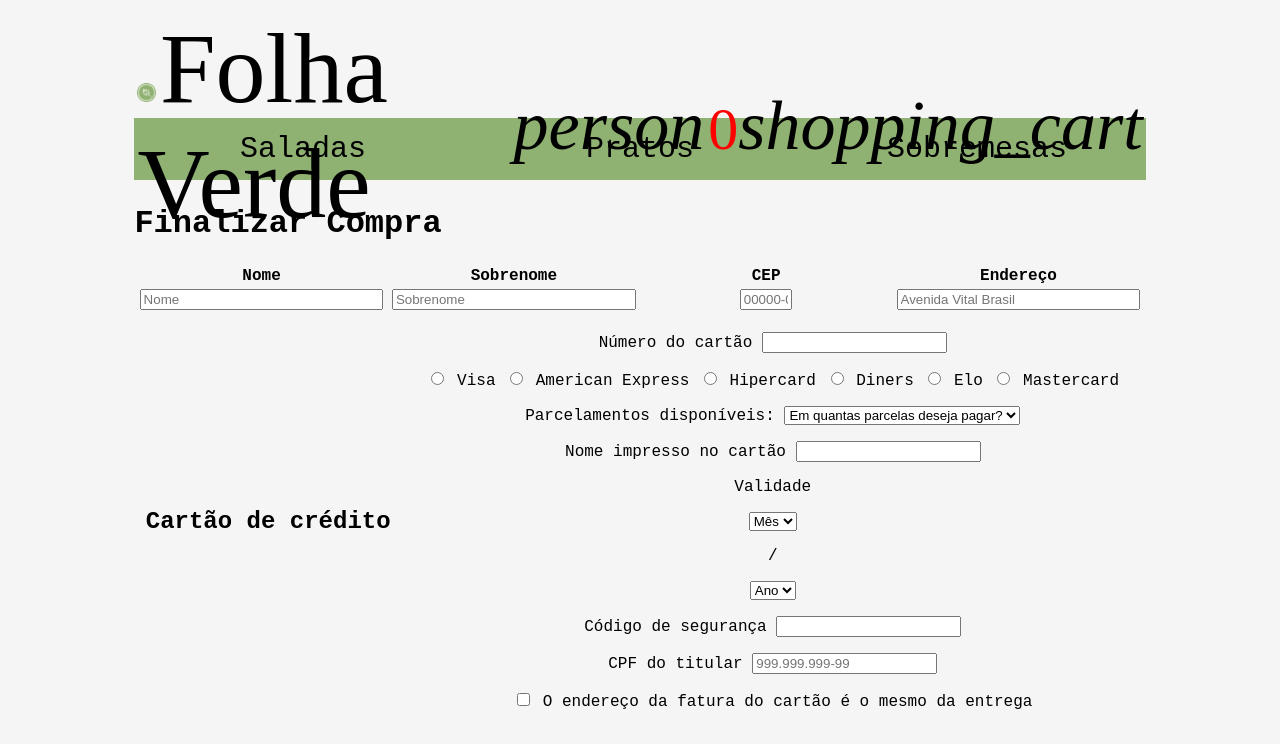
Repository: maaelphd/FolhaVerde
Page: http://localhost/FolhaVerde/Payment.jsp
These files come from the project's save history. The page is drawn as it stood at one moment and after the next save; the edit follows.
The browser window is 1280 px wide. The pictures show the whole page.
Some web fonts or font styles are not loaded; a fallback is used. The page is served by Tomcat 9. Other server files are loaded and not shown.

Above is the page before, as saved 2018-06-04 02:19:09.

### FolhaVerde/WebContent/Payment.jsp
<%@ page language="java" contentType="text/html; charset=UTF-8"
	pageEncoding="UTF-8"%>
<%@ taglib uri="http://java.sun.com/jsp/jstl/core" prefix="c"%>
<!DOCTYPE html>
<html>
<head>
	<meta charset="UTF-8">
	<title>Restaurante Folha Verde - Pagamento</title>

	<link rel="stylesheet" href="${pageContext.request.contextPath}/CSS/Payment.css"/>
</head>
<body>
	<div id="wrapper">
		<c:import url="NavBar.jsp"></c:import>

		<div id="divPageContent">

			<div class="PaymentHeaderContent">
				<h1 class="PaymentText">Finalizar Compra</h1>
			</div>

			<div class="divPaymentDataTable">
				<table class="w3-table PaymentsDataTable">
					<tr>
						<th>
							Nome
						</th>
						<th>
							Sobrenome
						</th>
						<th>
							CEP
						</th>
						<th>
							Endereço
						</th>
					</tr>
					<tr>
						<td class="tdInpUserName">
							<input type="text" id="inpUserName" placeholder="Nome" name="data[userName]">
						</td>
						<td class="tdInpUserLastName">
							<input type="text" id="inpUserLastName" placeholder="Sobrenome" name="data[userLastName]">
						</td>
						<td class="tdInpUserCEPCode">
							<input type="text" min="" id="inpUserCEPCode" placeholder="00000-000" name="data[userCEPCode]">
						</td>
						<td class="tdInpUserAdress">
							<input type="text" min="" id="inpUserAdress" placeholder="Avenida Vital Brasil" name="data[userAdress]">
						</td>
					</tr>
				</table>
			</div>

			<div class="divPaymentChoiceTable">
				<table class="w3-table PaymentsChoiceTable">
					<tr>
						<td>
							<h2>Cartão de crédito</h2>
						</td>
						<td>
							<div class="CardForm">
								<div>
									<p class="PaymentCardNumber input text required">
										<label class="FormFieldLabel " for="creditCardpayment-card-0Number">Número do cartão</label>
										<input type="tel" id="creditCardpayment-card-0Number" class="input-medium  error" name="cardNumber" maxlength="30" value="">
									</p>
									<div class="PaymentCardFlags clearfix form-inline">
										<p class="card-flags active">
											<label class="radio card-flag-label" for="creditCardselectedCard0cc-0" title="Visa">
												<input type="radio" class="card-flag-radio" id="creditCardselectedCard0cc-0" name="creditCardselectedCardFlag-0" tabindex="-1" value="2">
												<span class="card-flag Visa ">Visa</span>
											</label>
											<label class="radio card-flag-label" for="creditCardselectedCard1cc-0" title="American Express">
												<input type="radio" class="card-flag-radio" id="creditCardselectedCard1cc-0" name="creditCardselectedCardFlag-0" tabindex="-1" value="1">
												<span class="card-flag American Express ">American Express</span>
											</label>
											<label class="radio card-flag-label" for="creditCardselectedCard2cc-0" title="Hipercard">
												<input type="radio" class="card-flag-radio" id="creditCardselectedCard2cc-0" name="creditCardselectedCardFlag-0" tabindex="-1" value="8">
												<span class="card-flag Hipercard ">Hipercard</span>
											</label>
											<label class="radio card-flag-label" for="creditCardselectedCard3cc-0" title="Diners">
												<input type="radio" class="card-flag-radio" id="creditCardselectedCard3cc-0" name="creditCardselectedCardFlag-0" tabindex="-1" value="3">
												<span class="card-flag Diners card-selected">Diners</span>
											</label>
											<label class="radio card-flag-label" for="creditCardselectedCard4cc-0" title="Elo">
												<input type="radio" class="card-flag-radio" id="creditCardselectedCard4cc-0" name="creditCardselectedCardFlag-0" tabindex="-1" value="9">
												<span class="card-flag Elo ">Elo</span>
											</label>
											<label class="radio card-flag-label" for="creditCardselectedCard5cc-0" title="Mastercard">
												<input type="radio" class="card-flag-radio" id="creditCardselectedCard5cc-0" name="creditCardselectedCardFlag-0" tabindex="-1" value="4">
												<span class="card-flag Mastercard ">Mastercard</span>
											</label>
										</p>
									</div>
								</div>
								<div class="PaymentInstallments ">
									<p class="select required">
										<label class="FormFieldLabel hide" for="creditCardpayment-card-0Brand">Parcelamentos disponíveis:</label>
										<select class="input-xlarge " id="creditCardpayment-card-0Brand">
											<option value="">Em quantas parcelas deseja pagar?</option>
											<option value="1">Pagamento à vista - R$ 63,40</option>
											<option value="2">2x de R$ 31,70 sem juros</option>
											<optgroup label=""></optgroup>
										</select>
									</p>
								</div>
								<div>
									<p class="PaymentCardHolderName">
										<label class="FormFieldLabel " for="creditCardpayment-card-0Name">Nome impresso no cartão</label>
										<input type="text" class="input-medium  " id="creditCardpayment-card-0Name" name="ccName" value="">
									</p>
									<div class="PaymentCardDueDate clearfix">
										<label class="FormFieldLabel pull-left" for="creditCardpayment-card-0Month">Validade</label>
										<p class="payment-card-due-month input text required">
											<select class="input-mini " id="creditCardpayment-card-0Month" name="cardExpirationMonth">
												<option value="">Mês</option>
												<option value="01">01</option>
												<option value="02">02</option>
												<option value="03">03</option>
												<option value="04">04</option>
												<option value="05">05</option>
												<option value="06">06</option>
												<option value="07">07</option>
												<option value="08">08</option>
												<option value="09">09</option>
												<option value="10">10</option>
												<option value="11">11</option>
												<option value="12">12</option>
											</select>
										</p>
										<p class="payment-card-lash">/</p>
										<p class="payment-card-due-year input text required">
											<select class="input-mini " id="creditCardpayment-card-0Year" name="cardExpirationYear">
												<option value="">Ano</option>
												<option value="18">18</option>
												<option value="19">19</option>
												<option value="20">20</option>
												<option value="21">21</option>
												<option value="22">22</option>
												<option value="23">23</option>
												<option value="24">24</option>
												<option value="25">25</option>
												<option value="26">26</option>
												<option value="27">27</option>
												<option value="28">28</option>
												<option value="29">29</option>
												<option value="30">30</option>
												<option value="31">31</option>
												<option value="32">32</option>
												<option value="33">33</option>
												<option value="34">34</option>
												<option value="35">35</option>
												<option value="36">36</option>
												<option value="37">37</option>
												<option value="38">38</option>
												<option value="39">39</option>
												<option value="40">40</option>
											</select>
										</p>
									</div>
								</div>
								<p class="PaymentCardCVV input text required">
									<label class="FormFieldLabel " for="creditCardpayment-card-0Code">Código de segurança</label>
									<input type="tel" id="creditCardpayment-card-0Code" class="input-mini   " maxlength="3" value="">
								</p>
								<p class="PaymentCardHolderDocument input text required mask">
									<label class="FormFieldLabel " for="holder-document-0">CPF do titular</label>
									<input type="tel" id="holder-document-0" class="input-small  " value="" placeholder="999.999.999-99">
								</p>
								<div class="BillingAddress BillingAddress-BRA clearfix">
									<p class="AddressToggle">
										<input type="checkbox" id="address-toggle-0" value="on">
										<label for="address-toggle-0">O endereço da fatura do cartão é o mesmo da entrega</label>
									</p>
								</div>
							</div>
						</td>
					</tr>
				</table>
			</div>
		</div>

	</div>
</body>
<footer></footer>
<script>
</script>
</html>

### FolhaVerde/WebContent/NavBar.jsp
<%@ page language="java" contentType="text/html; charset=UTF-8"	pageEncoding="UTF-8"%>
<%@ taglib uri="http://java.sun.com/jsp/jstl/core" prefix="c"%>
<!DOCTYPE html>
	 <meta charset="UTF-8">

 	<link href="https://fonts.googleapis.com/icon?family=Material+Icons" rel="stylesheet">
	<link rel="stylesheet" href="${pageContext.request.contextPath}/CSS/Pages.css"/>
	<link rel="stylesheet" href="${pageContext.request.contextPath}/CSS/NavBar.css"/>
	<link rel="stylesheet" href="${pageContext.request.contextPath}/CSS/RobotoFonts.css" type="text/css">
	<link rel="stylesheet" href="${pageContext.request.contextPath}/CSS/IndieFlower.css" type="text/css">

	<div class="LogoHeader">
		<table class="w3-table TopBarTable">
			<tr>
				<td>
					<div class="LogoImg">
						<a href="index.jsp"><img src="${pageContext.request.contextPath}/imgs/LOGO.png"> <span class="NomeEmpresaLogo"> Folha Verde </span></a>
					</div>
				</td>
				<td id="PersonIcoCol">
					<i class="material-icons" id="PersonIco">person</i>
				</td>
				<td id="shoppingCartIcoCol">
					<span class="ItensCountNumber">0</span><i class="material-icons" id="shoppingCartIco">shopping_cart</i>
				</td>
			</tr>
		</table>
	</div>

	<nav>
		<ul class="horizontal">
			<li><a href="#home" class="SaladTab">Saladas</a></li>
			<li><a href="#news" class="PlateTab">Pratos</a></li>
			<li><a href="#contact" class="DessertTab">Sobremesas</a></li>
		</ul>
	</nav>

	<!-- JQUERY & BOOTSTRAP  -->

	<!-- jQuery Reference -->
	<!-- <script src="${pageContext.request.contextPath}/jquery-ui/jquery-ui.min.js"></script> -->
	<script src="${pageContext.request.contextPath}/jquery-ui/jquery-3.3.1.min.js"></script>
	<script src="https://cdnjs.cloudflare.com/ajax/libs/jquery.mask/1.14.10/jquery.mask.js"></script>


	<script src="https://maxcdn.bootstrapcdn.com/bootstrap/3.3.7/js/bootstrap.min.js"></script>

	<script>
	$(document).ready(function () {

	  	$(".nav a").on("click", function(){
	  	   $(".nav").find(".active").removeClass("active");
	  	   $(this).parent().addClass("active");
	  	});

	});
	//# sourceURL=pen.js
	</script>

### FolhaVerde/WebContent/CSS/Payment.css
body {
	font-family: 'Roboto Mono', monospace;
}

.w3-content.w3-section
{
	align-items: center;
	margin: 0 auto;
	width: 100%;
	height: 100%;
}

.divPaymentChoiceTable,
.divPaymentDataTable {
	width: 80%;;
	margin: 0 auto;
}

.PaymentsChoiceTable,
.PaymentsDataTable {
	width: 100%;;
	margin: 0 auto;
	text-align: center;
}

.PaymentHeaderContent {
	width: 80%;;
	margin: 0 auto;
	text-align: left;
}

.tdInpUserName input, .tdInpUserLastName input,
.tdInpUserAdress input {
	width: 95%;
}

.tdInpUserCEPCode input {
	width: 18%;
}

### FolhaVerde/WebContent/CSS/Pages.css
html, body {
	background-color: #f5f5f5;
	font-family: 'Roboto Mono', monospace;
}

#divPageContent
{
	display: block;
	margin-top: 2%;
}

.TopBar {
	border: 1px solid black;
}

### FolhaVerde/WebContent/CSS/NavBar.css
nav {
	width: 80%;
	text-align: center;
	margin: 0% auto;
}

ul {
    list-style-type: none;
    margin: 0;
    padding: 0;
    overflow: hidden;
    background-color: #8FB171;
}

li {
    float: left;
    width: 33.33333%;
}

li a {
    display: block;
    color: white;
    text-align: center;
    padding: 14px 16px;
    text-decoration: none;
}

li a.SaladTab,
li a.PlateTab,
li a.DessertTab {
    font-size: 30px;
}

/* Change the link color to #111 (black) on hover */
li a:hover {
    background-color: #badd9b;
}

a:link {
	color: inherit;
	text-decoration: none;
}

.LogoHeader
{
	width: 80%;
	height: 110px;
	text-align: left;
	margin: 0% auto;
	font-family: 'Indie Flower', cursive;
}

.LogoImg img
{
	width: 5%;
	height: 5%;
}

.NomeEmpresaLogo {
	font-size: 100px;
	font-family:
}

#shoppingCartIco,
#PersonIco {
	font-size: 70px;
}

.TopBarTable{
	width: 100%;
}

.ItensCountNumber {
	font-size: 60px;
	color: #ff0000;
	font-family: 'Indie Flower', cursive;
}

.SaladTab.active, .PlateTab.active, .DessertTab.active{
	background-color: #badd9b;
}

### FolhaVerde/WebContent/CSS/RobotoFonts.css
/* cyrillic-ext */
@font-face {
  font-family: 'Roboto Mono';
  font-style: normal;
  font-weight: 400;
  src: local('Roboto Mono'), local('RobotoMono-Regular'), url(https://fonts.gstatic.com/s/robotomono/v5/L0x5DF4xlVMF-BfR8bXMIjhGq3-OXg.woff2) format('woff2');
  unicode-range: U+0460-052F, U+1C80-1C88, U+20B4, U+2DE0-2DFF, U+A640-A69F, U+FE2E-FE2F;
}
/* cyrillic */
@font-face {
  font-family: 'Roboto Mono';
  font-style: normal;
  font-weight: 400;
  src: local('Roboto Mono'), local('RobotoMono-Regular'), url(https://fonts.gstatic.com/s/robotomono/v5/L0x5DF4xlVMF-BfR8bXMIjhPq3-OXg.woff2) format('woff2');
  unicode-range: U+0400-045F, U+0490-0491, U+04B0-04B1, U+2116;
}
/* greek-ext */
@font-face {
  font-family: 'Roboto Mono';
  font-style: normal;
  font-weight: 400;
  src: local('Roboto Mono'), local('RobotoMono-Regular'), url(https://fonts.gstatic.com/s/robotomono/v5/L0x5DF4xlVMF-BfR8bXMIjhHq3-OXg.woff2) format('woff2');
  unicode-range: U+1F00-1FFF;
}
/* greek */
@font-face {
  font-family: 'Roboto Mono';
  font-style: normal;
  font-weight: 400;
  src: local('Roboto Mono'), local('RobotoMono-Regular'), url(https://fonts.gstatic.com/s/robotomono/v5/L0x5DF4xlVMF-BfR8bXMIjhIq3-OXg.woff2) format('woff2');
  unicode-range: U+0370-03FF;
}
/* vietnamese */
@font-face {
  font-family: 'Roboto Mono';
  font-style: normal;
  font-weight: 400;
  src: local('Roboto Mono'), local('RobotoMono-Regular'), url(https://fonts.gstatic.com/s/robotomono/v5/L0x5DF4xlVMF-BfR8bXMIjhEq3-OXg.woff2) format('woff2');
  unicode-range: U+0102-0103, U+0110-0111, U+1EA0-1EF9, U+20AB;
}
/* latin-ext */
@font-face {
  font-family: 'Roboto Mono';
  font-style: normal;
  font-weight: 400;
  src: local('Roboto Mono'), local('RobotoMono-Regular'), url(https://fonts.gstatic.com/s/robotomono/v5/L0x5DF4xlVMF-BfR8bXMIjhFq3-OXg.woff2) format('woff2');
  unicode-range: U+0100-024F, U+0259, U+1E00-1EFF, U+2020, U+20A0-20AB, U+20AD-20CF, U+2113, U+2C60-2C7F, U+A720-A7FF;
}
/* latin */
@font-face {
  font-family: 'Roboto Mono';
  font-style: normal;
  font-weight: 400;
  src: local('Roboto Mono'), local('RobotoMono-Regular'), url(https://fonts.gstatic.com/s/robotomono/v5/L0x5DF4xlVMF-BfR8bXMIjhLq38.woff2) format('woff2');
  unicode-range: U+0000-00FF, U+0131, U+0152-0153, U+02BB-02BC, U+02C6, U+02DA, U+02DC, U+2000-206F, U+2074, U+20AC, U+2122, U+2191, U+2193, U+2212, U+2215, U+FEFF, U+FFFD;
}

### FolhaVerde/WebContent/CSS/IndieFlower.css
/* latin */
@font-face {
  font-family: 'Indie Flower';
  font-style: normal;
  font-weight: 400;
  src: local('Indie Flower'), local('IndieFlower'), url(https://fonts.gstatic.com/s/indieflower/v9/m8JVjfNVeKWVnh3QMuKkFcZVaUuH.woff2) format('woff2');
  unicode-range: U+0000-00FF, U+0131, U+0152-0153, U+02BB-02BC, U+02C6, U+02DA, U+02DC, U+2000-206F, U+2074, U+20AC, U+2122, U+2191, U+2193, U+2212, U+2215, U+FEFF, U+FFFD;
}

Loaded but not shown: FolhaVerde/WebContent/jquery-ui/jquery-3.3.1.min.js (library)

After the next save:
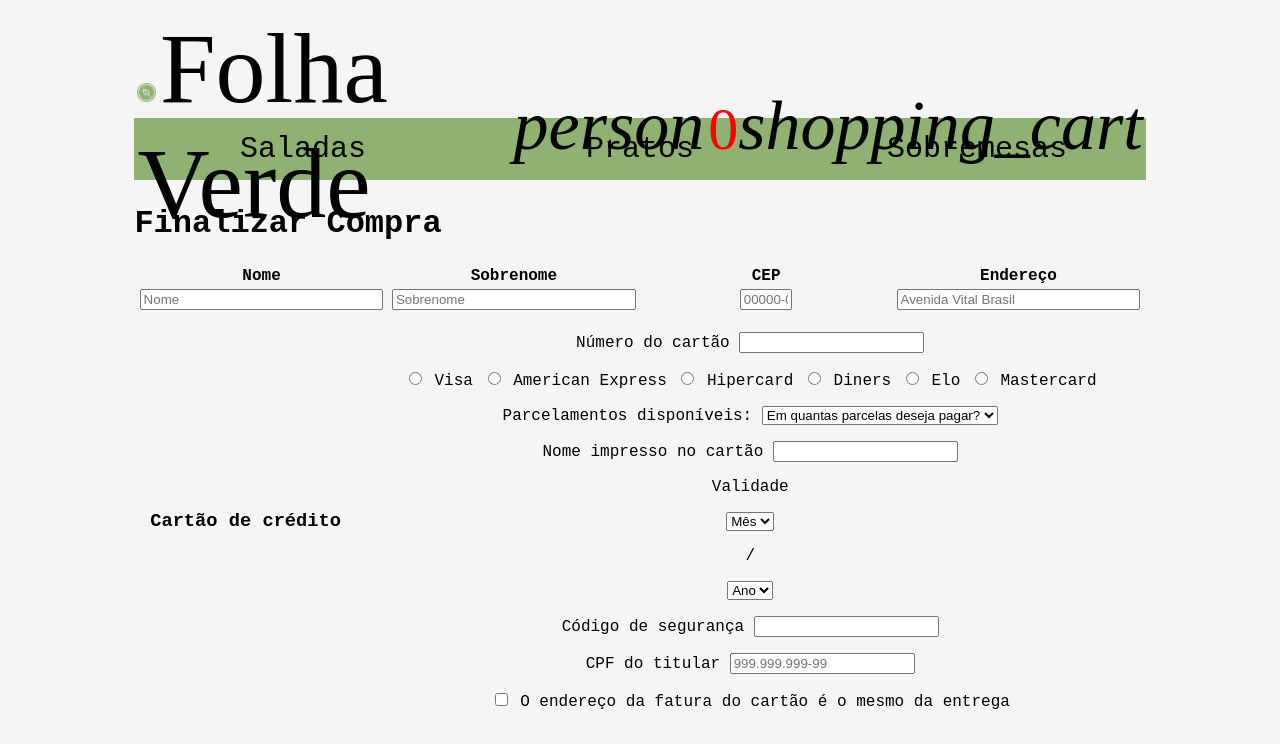
Saved 16 s later.
--- a/FolhaVerde/WebContent/Payment.jsp
+++ b/FolhaVerde/WebContent/Payment.jsp
@@ -56,7 +56,7 @@
 				<table class="w3-table PaymentsChoiceTable">
 					<tr>
 						<td>
-							<h2>Cartão de crédito</h2>
+							<h3>Cartão de crédito</h3>
 						</td>
 						<td>
 							<div class="CardForm">
